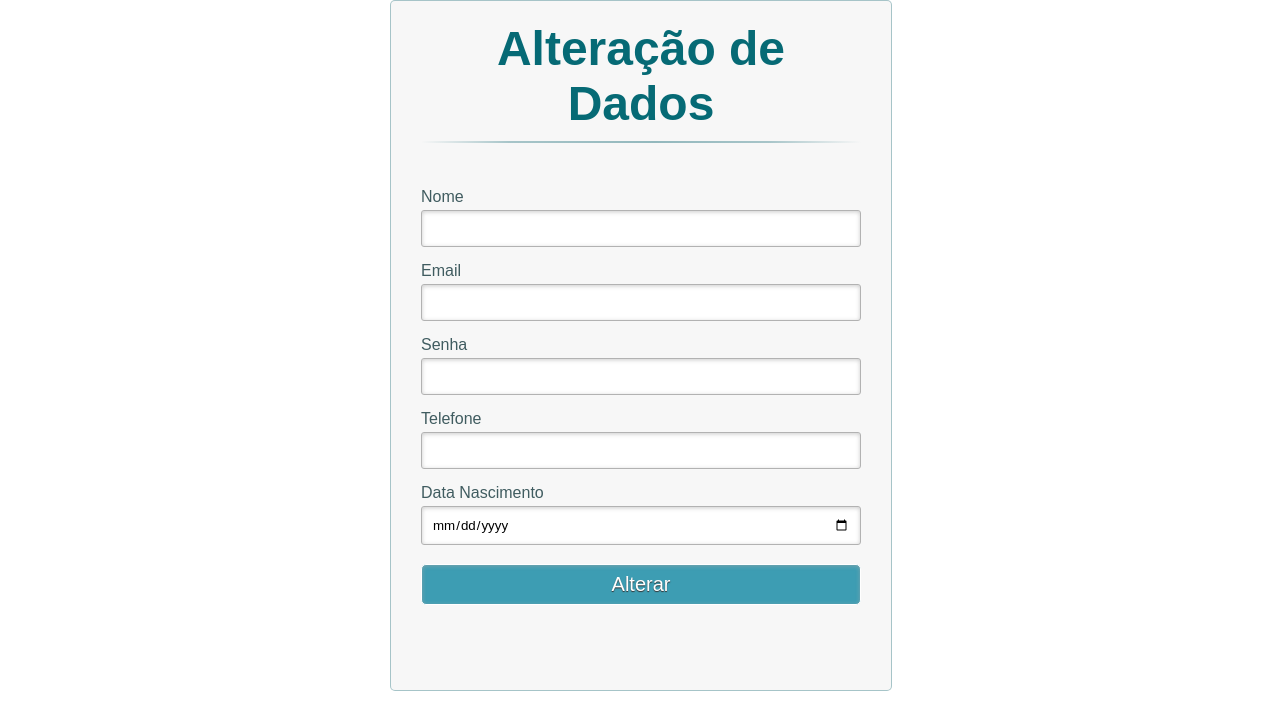
Repository: DavidCostaMariano/gsjava
Page: http://localhost/GsJava/form/formAlterar.jsp
An editor plug-in stored every save of this project. The page is shown before and after the next save, followed by the edit.
The browser window is 1280 px wide. The pictures show the whole page.
The page is served by Tomcat 9.

Above is the page before, as saved 2023-11-15 15:35:54.

After the next save:
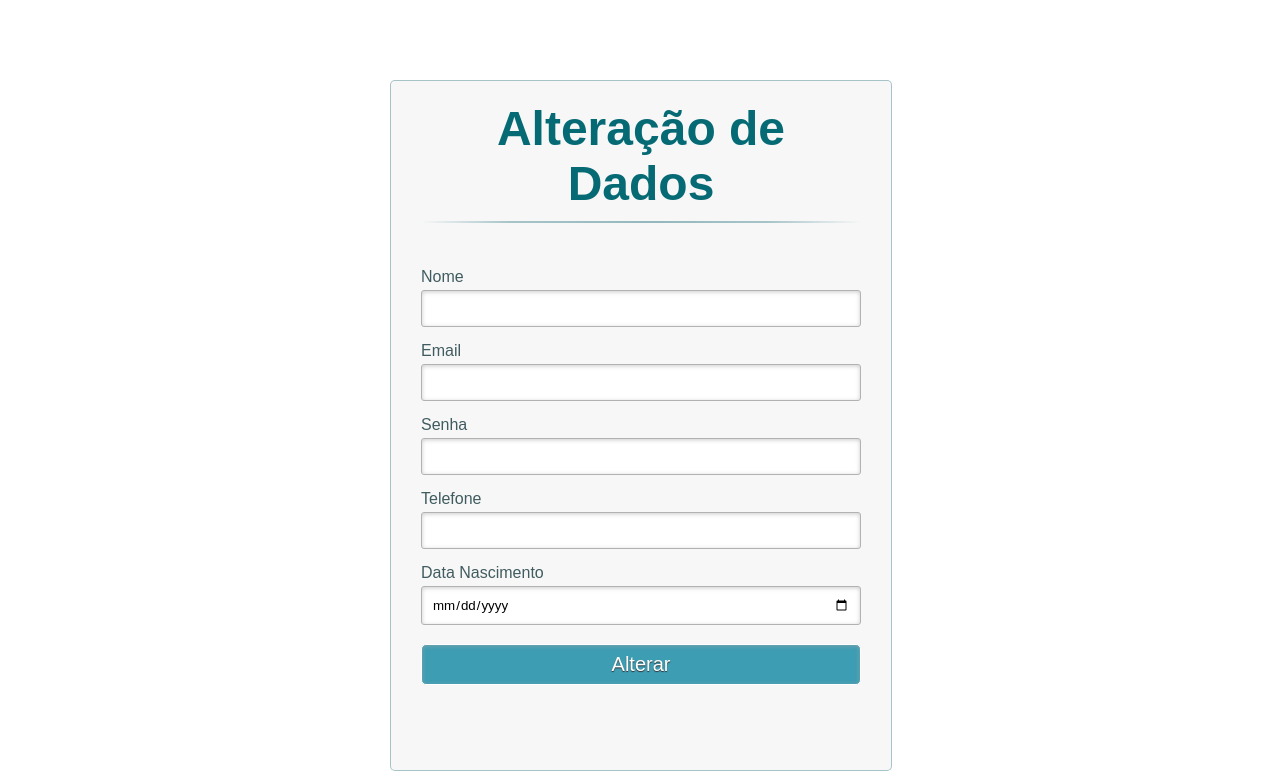
Saved 80 s later.
--- a/GsJava/src/main/webapp/css/estilo.css
+++ b/GsJava/src/main/webapp/css/estilo.css
@@ -1,7 +1,7 @@
 @charset "ISO-8859-1";
 
 body{
-	height: 100%;
+	height: 100vh;
 }
 *, *:before, *:after {
   margin:0;
@@ -18,7 +18,12 @@ a{
 a.links{
   display: none;
 }
-
+.container{
+	height: 100%;
+    display: flex;
+    justify-content: center;
+    align-items: center;
+	}
 .content{
   width: 500px;
   min-height: 560px;
